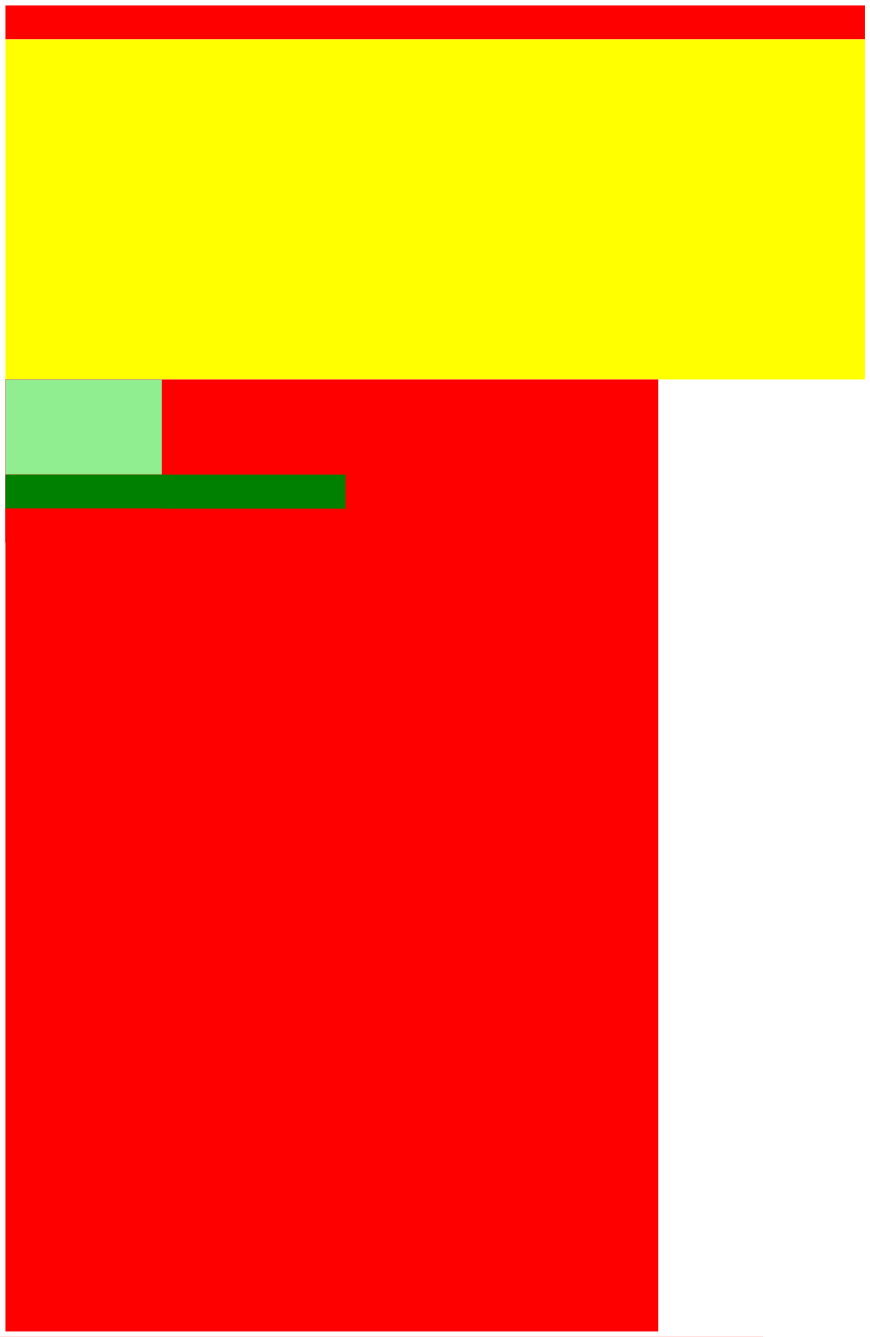
Repository: pureforest/html
Page: chapter4/chapter4.html
The author's editor kept a record of every edit. The page is drawn from the files as they stood at one moment, then again after the next edit.
The browser window is 1280 px wide. The pictures show the whole page, at 68% of full size.

Above is the page before.

After the next edit:
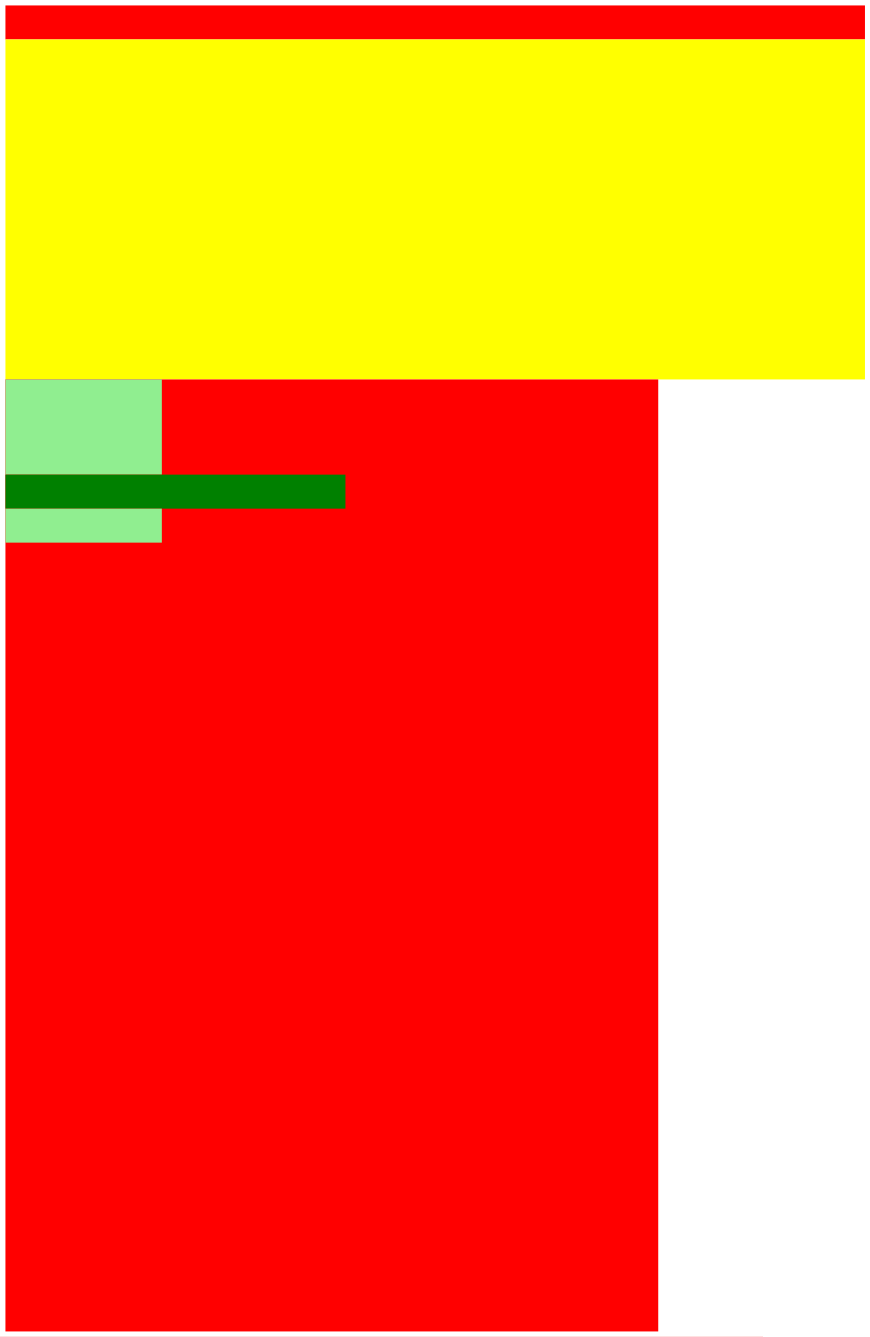
The edit:
--- a/chapter4/chapter4style.css
+++ b/chapter4/chapter4style.css
@@ -31,5 +31,5 @@
 .right{
   width: 230px;
  height: 50px;
- background-color: red;
+ background-color: lightgreen;
 }
